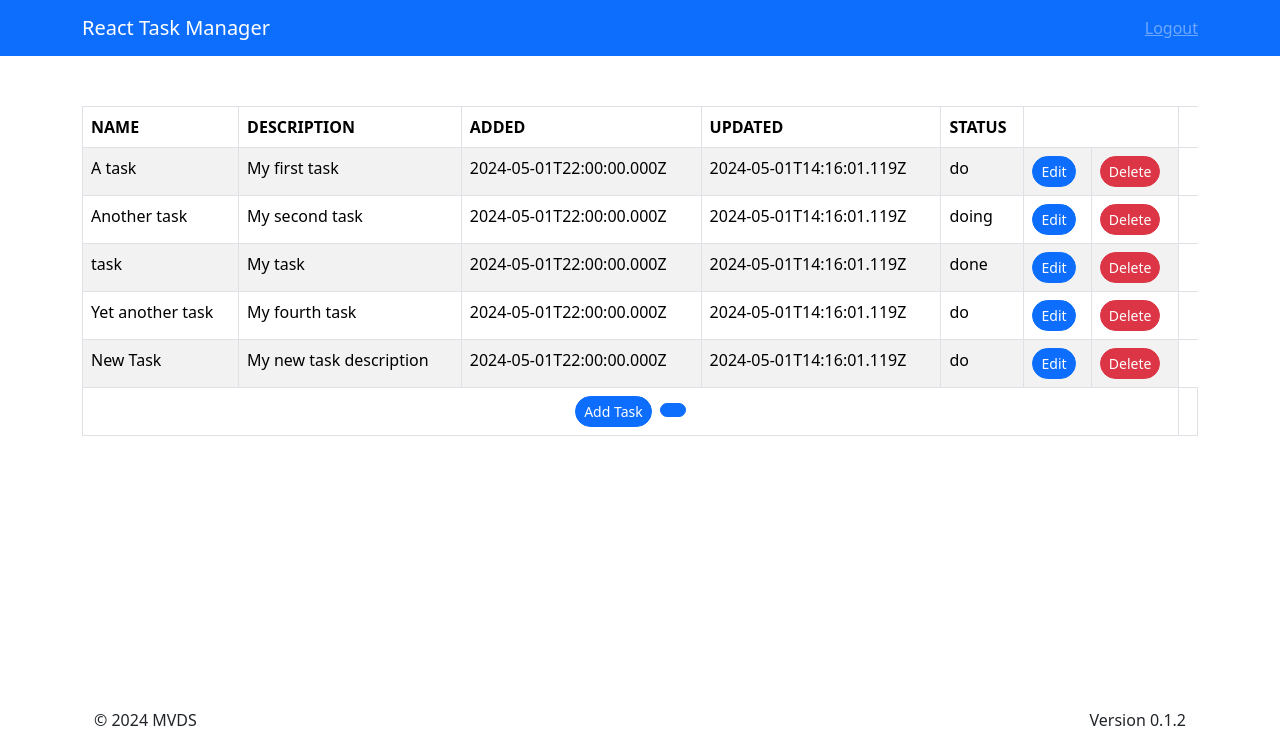
Repository: trider/react-task-manager
Page: /#/tasks
These files come from the project's save history. The page is drawn as it stood at one moment and after a run of saves; the edit follows.
The browser window is 1280 px wide. The pictures show the whole page.
The project was rebuilt for these pictures with package versions that can differ from the ones it lists, and the page was loaded fresh each time. Also part of the build but not shown: src/App.css, src/data/_Users.js, src/pages/Login.js.

Above is the page before, as saved 2024-05-10 09:34:34.

After the next 2 saves:
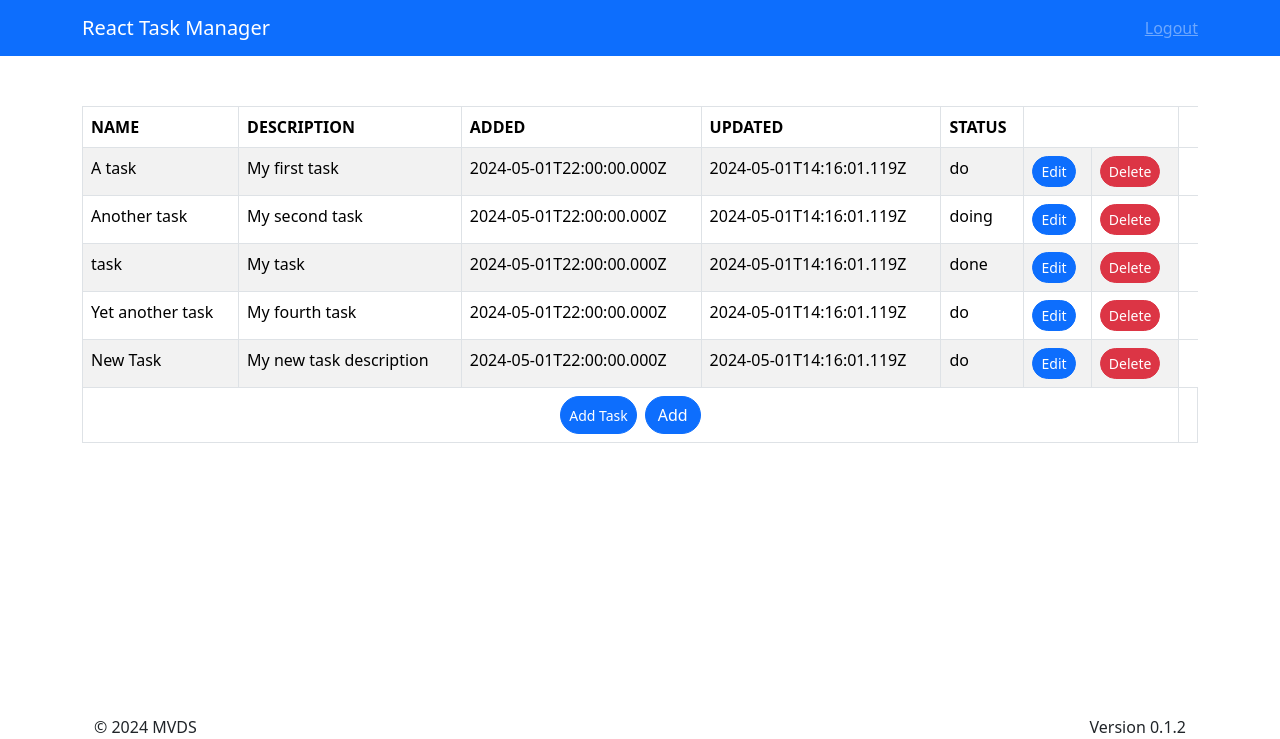
The 2 saves are shown as one change because 1 did not build or start.
The last was saved 2 min 6 s later.
--- a/src/pages/Task.js
+++ b/src/pages/Task.js
@@ -229,7 +229,7 @@ const TaskTable = () => {
               <Button variant="primary rounded-pill" size='sm' onClick={(e) => setIsAdd(!isAdd)}>
                 Add Task
               </Button>
-              <ModalComponent />
+              <ModalComponent title='Add'/>
 
             </div>
           </td>
